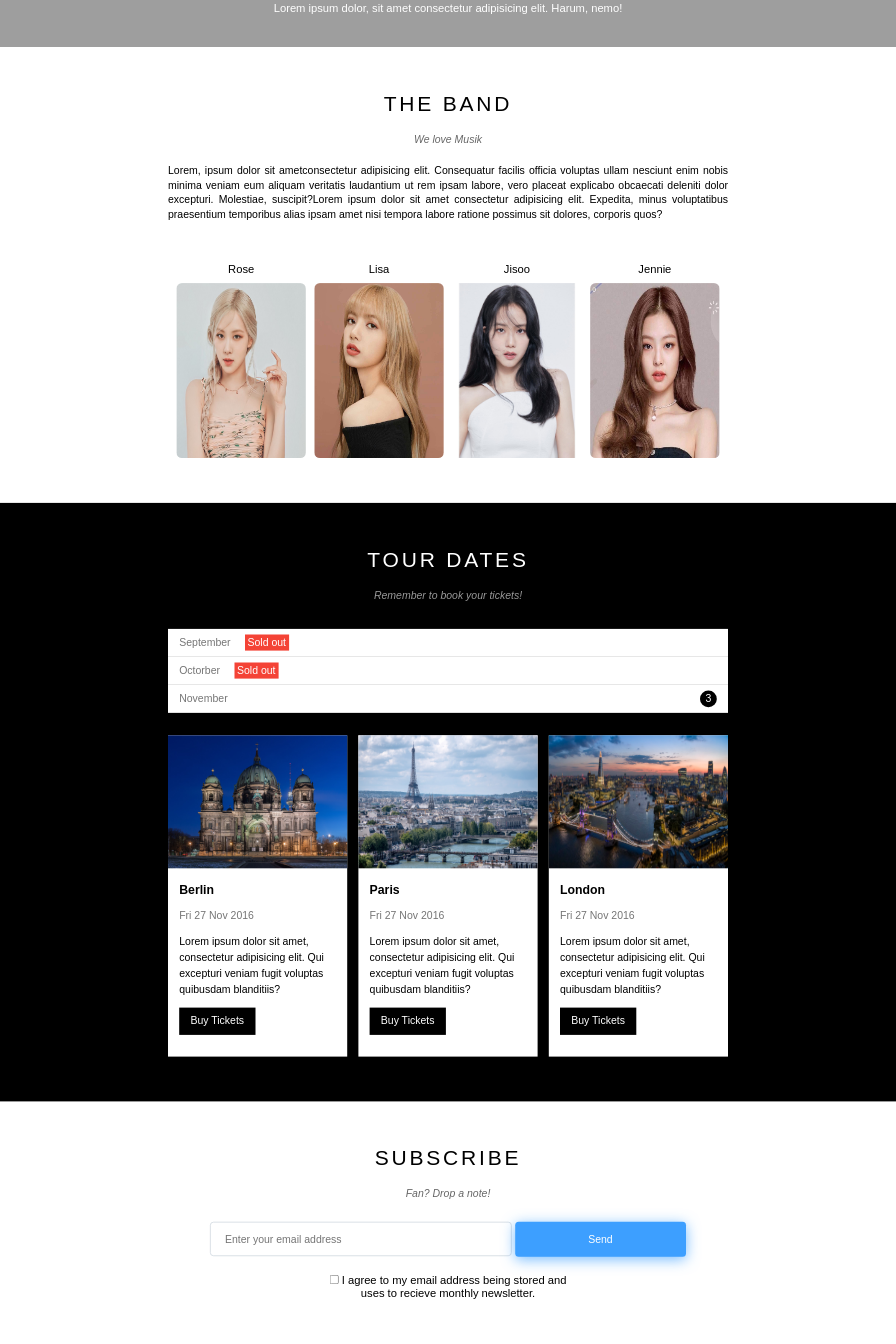
Repository: AiTrinh303/First-Project
Page: /
The author's editor kept a copy of each file at every save. The page is drawn from the files as they stood at one save, then again after the next save.
The browser window is 1280 px wide. The pictures show the part of the page from y = 619 to 2539 px (the page is 2539 px tall), at 70% of full size.
Pictures or frames that could not be fetched are drawn as grey boxes. The project was rebuilt for these pictures with package versions that can differ from the ones it lists, and the page was loaded fresh each time.

Above is the page before, as saved 2024-01-23 10:14:53.

### index.html
<!DOCTYPE html>
<html lang="en">
<head>
    <meta charset="UTF-8">
    <meta name="viewport" content="width=device-width, initial-scale=1.0">
    <title>Singer Website</title>
    <link rel="stylesheet" href="./fonts/themify-icons-font/themify-icons/themify-icons.css">
    <link rel="stylesheet" href="./src/styles/main.css">
</head>
<body>
   <div id="main">

        <div id="header">
            <ul id="nav">
                <li><a href="">Home</a></li>
                <li><a href="">Band</a></li>
                <li><a href="">Tour</a></li>
                <li><a href="">Contact</a></li>
                <li>
                    <a href="#">
                        More
                        <i class="nav-arrown-down ti-angle-down"></i>
                     </a>
                    <ul class="subnav">
                        <li><a href="">Merchandise</a></li>
                        <li><a href="">Extras</a></li>
                        <li><a href="">Media</a></li>
                    </ul>
                </li>
            </ul>

            <div class="search-btn">
                <i class="search-icon ti-search"></i>

            </div>
        </div>

        <div id="slider">

            <div class="text-content">
                <h2 class="text-heading">Black Pink</h2>
                <p class="text-description">Lorem ipsum dolor, sit amet consectetur adipisicing elit. Harum, nemo!</p>
            </div>

        </div>

        <div id="content">
            <!-- About Section -->
            <div class="content-section">
                <h2 class="section-heading">THE BAND</h2>
                <p class="section-sub-heading">We love Musik</p>
                <p class="about-text">Lorem, ipsum dolor sit ametconsectetur adipisicing elit. Consequatur facilis officia voluptas ullam nesciunt enim nobis minima veniam eum aliquam veritatis laudantium ut rem ipsam labore, vero placeat explicabo obcaecati deleniti dolor excepturi. Molestiae, suscipit?Lorem ipsum dolor sit amet consectetur adipisicing elit. Expedita, minus voluptatibus praesentium temporibus alias ipsam amet nisi tempora labore ratione possimus sit dolores, corporis quos?</p>

                <div class="members-list">
                    <div class="member-item">
                        <p class="member-name">Rose</p>
                        <img src="./src/img/rose.png " alt="Rose" class="member-img" >
                    </div>

                    <div class="member-item">
                        <p class="member-name">Lisa</p>
                        <img src="./src/img/Lisa2.jpg" alt="Lisa" class="member-img" >
                    </div>

                    <div class="member-item">
                        <p class="member-name">Jisoo</p>
                        <img src="./src/img/jisoo.jpeg" alt="Jisoo" class="member-img" >
                    </div>

                    <div class="member-item">
                        <p class="member-name">Jennie</p>
                        <img src="./src/img/Jennie.jpg" alt="Jennie" class="member-img" >
                    </div>
                </div>
            </div>

            <!-- Tour Section -->
            <div class="tour-section">

                <div class="content-section">
                    <h2 class="section-heading text-white">TOUR DATES</h2>
                    <p class="section-sub-heading text-white">Remember to book your tickets!</p>

                    <ul class="tickets-list">
                        <li>September <span class="sold-out">Sold out</span></li>
                        <li>Octorber <span class="sold-out">Sold out</span></li>
                        <li>November <span class="quantity">3</span></li>
                    </ul>

                    <div class="places-list">
                        <div class="place-item">
                            <img src="./src/img/Berlin.jpg" alt="Berlin" class="place-img" >
                            <div class="place-body">
                                <h3 class="place-heading">Berlin</h3>
                                <p class="place-time">Fri 27 Nov 2016</p>
                                <p class="place-desc">Lorem ipsum dolor sit amet, consectetur adipisicing elit. Qui excepturi veniam fugit voluptas quibusdam blanditiis?</p>
                                <a href="#" class="place-btn">Buy Tickets</a>
                            </div>
                        </div>

                        <div class="place-item">
                            <img src="./src/img/Paris.jpg" alt="Paris" class="place-img" >
                            <div class="place-body">
                                <h3 class="place-heading">Paris</h3>
                                <p class="place-time">Fri 27 Nov 2016</p>
                                <p class="place-desc">Lorem ipsum dolor sit amet, consectetur adipisicing elit. Qui excepturi veniam fugit voluptas quibusdam blanditiis?</p>
                                <a href="#" class="place-btn">Buy Tickets</a>
                            </div>
                        </div>

                        <div class="place-item">
                            <img src="./src/img/London.jpeg" alt="London" class="place-img">
                            <div class="place-body">
                                <h3 class="place-heading">London</h3>
                                <p class="place-time">Fri 27 Nov 2016</p>
                                <p class="place-desc">Lorem ipsum dolor sit amet, consectetur adipisicing elit. Qui excepturi veniam fugit voluptas quibusdam blanditiis?</p>
                                <a href="#" class="place-btn">Buy Tickets</a>
                            </div>
                        </div>
                    </div>
                </div>

            </div>

            <!-- Contact Section -->
            <!-- Contact -->
            <div id="contact">
                <div class="content-section">
                    <h2 class="section-heading">SUBSCRIBE</h2>
                    <p class="section-sub-heading">Fan? Drop a note!</p>
                    <div class="form-wrap">

                        <div class="form">
                            <input type="email" class="form__email" placeholder="Enter your email address" />
                            <button class="form__button">Send</button>
                        </div>
                        <div class="notice">
                            <input type="checkbox">
                            <span class="notice__copy">I agree to my email address being stored and uses to recieve monthly newsletter.</span>
                        </div>

                    </div>
                </div>
            </div>






        <div id="footer">

        </div>

   </div>
</body>
</html>

### src/styles/main.css
* {
  padding: 0;
  margin: 0;
  box-sizing: border-box;
}

html {
  scroll-behavior: smooth;
  font-family: Arial, Helvetica, sans-serif;
}

.text-white {
  color: white;
}

#header {
  height: 46px;
  background-color: #000;
  position: fixed;
  top: 0;
  left: 0;
  right: 0;
  z-index: 1;
}

#nav {
  display: inline-block;
}

#nav, .subnav {
  list-style: none;
}

#nav > li {
  display: inline-block;
}

#nav li {
  position: relative;
}

#nav > li > a {
  color: #fff;
  text-transform: uppercase;
}

#nav li a {
  color: #fff;
  text-decoration: none;
  line-height: 46px;
  padding: 0 24px;
  display: block;
}

#nav li:hover .subnav {
  display: block;
}

#nav > li:hover > a,
#nav .subnav li:hover a {
  color: #000;
  background-color: #ccc;
}

#nav .subnav {
  display: none;
  min-width: 160px;
  position: absolute;
  background-color: #fff;
  box-shadow: 0 0 10px rgba(0, 0, 0, 0.3);
  top: 100%;
  left: 0;
}

#nav .nav-arrown-down {
  font-size: 14px;
}

#nav .subnav a {
  color: #000;
  padding: 0 12px;
  line-height: 38px;
}

#header .search-btn {
  float: right;
  padding: 0 21px;
}

#header .search-btn:hover {
  background-color: #f44336;
  cursor: pointer;
}

#header .search-icon {
  color: #fff;
  font-size: 20px;
  line-height: 46px;
}

#slider {
  position: relative;
  margin-top: 46px;
  padding-top: 50%;
  background: url("../img/slider-1.jpg") center/100% no-repeat;
}

#slider .text-content {
  position: absolute;
  bottom: 47px;
  color: #fff;
  width: 100%;
  text-align: center;
}

#slider .text-heading {
  font-weight: 500;
  font-size: 24px;
}

#slider .text-decoration {
  font-size: 15px;
  margin-top: 25px;
}

#content .content-section {
  width: 800px;
  padding: 64px 0;
  margin-left: auto;
  margin-right: auto;
}

#content .section-heading {
  font-size: 30px;
  font-weight: 500;
  letter-spacing: 4px;
  text-align: center;
}

#content .section-sub-heading {
  font-size: 15px;
  margin-top: 25px;
  text-align: center;
  font-style: italic;
  opacity: 0.6;
}

#content .about-text {
  margin-top: 25px;
  font-size: 15px;
  text-align: justify;
  line-height: 1.4;
}

#content .member-item {
  display: flex;
  flex-direction: column;
  align-items: center;
}

#content .member-name {
  line-height: 2.5;
}

#content .members-list {
  margin-top: 48px;
  display: flex;
  justify-content: space-evenly;
}

#content .member-img {
  width: 185px;
  min-height: 250px;
  border-radius: 8px;
}

.tour-section {
  background: #000;
}

.tickets-list {
  background-color: #fff;
  margin-top: 40px;
}

.tickets-list li {
  font-size: 15px;
  color: #757575;
  padding: 11px 16px;
  border-bottom: 1px solid #ddd;
  list-style-type: none;
}

.tickets-list .sold-out {
  background-color: #f44336;
  color: #fff;
  padding: 3px 4px;
  margin-left: 16px;
}

.tickets-list .quantity {
  float: right;
  width: 24px;
  height: 24px;
  background-color: #000;
  color: #fff;
  border-radius: 50%;
  text-align: center;
  line-height: 24px;
  margin-top: -3px;
}

.places-list {
  display: flex;
  gap: 16px;
  justify-content: space-between;
  margin-top: 32px;
}

.places-list .place-item {
  background-color: #fff;
}

.places-list .place-img {
  width: 100%;
  height: 190px;
}

.places-list .place-img:hover {
  opacity: 0.6;
  cursor: pointer;
}

.places-list .place-body {
  padding: 15px 16px;
  min-height: 205px;
  font-size: 15px;
  line-height: 22.5px;
}

.place-body .place-heading {
  font-weight: 700;
}

.place-body .place-time {
  margin: 15px 0;
  color: #757575;
}

.place-body .place-btn {
  align-items: flex-start;
  background-color: #000;
  display: inline-block;
  font-size: 15px;
  line-height: 22.5px;
  margin: 15px 0px 16px 0px;
  padding: 8px 16px;
  text-align: center;
  color: #fff;
  text-decoration: none;
}

.place-body .place-btn:hover {
  color: #000;
  background-color: #ccc;
}


/* contact form */

.form-wrap{

  margin-top: 32px;
  text-align: center;
  display: flex;
  flex-direction: column;
  align-items: center;

}
.form {
margin-bottom: 25px;
}

.form__email {
padding: 15px 20px;
border-radius: 5px;
border: 1px solid #CAD3DB;
width: 431px;
font-size: 15px;
color: #0F121F;
}

.form__email:focus {
outline: 1px solid #3D9FFF;
}

.form__button {
background: #3D9FFF;
padding: 5px;
border: none;
width: 244px;
height: 50px;
border-radius: 5px;
font-size: 15px;
color: white;
box-shadow: 0 4px 20px rgba(61, 159, 255, 0.7);
}

.form__button:hover {
box-shadow: 0 10px 20px rgba(61, 159, 255, 0.7);
}

.notice {
width: 345px;
}



#footer{

}

Loaded but not shown: fonts/themify-icons-font/themify-icons/themify-icons.css (common file)

After the next save:
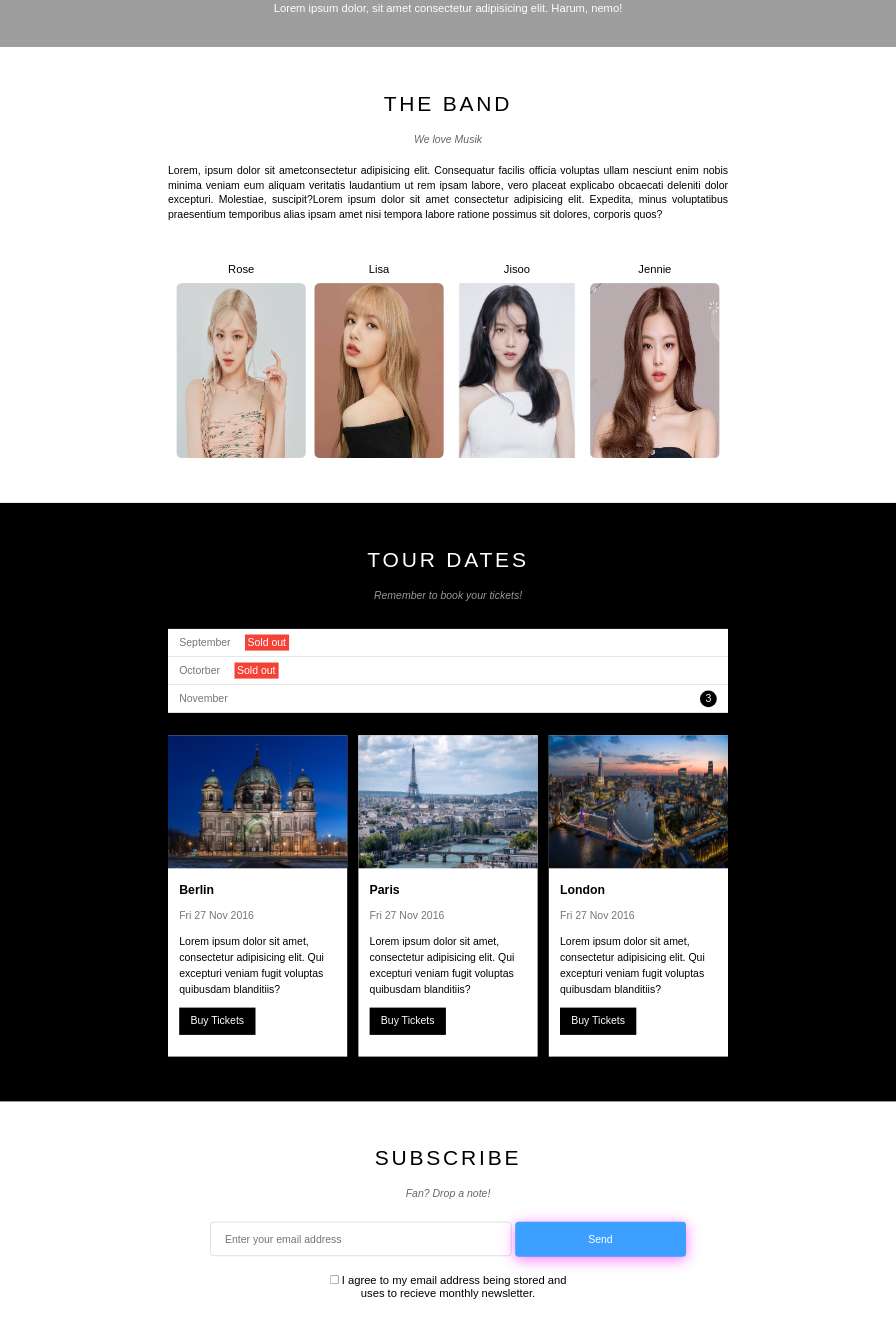
Saved 25 s later.
--- a/src/styles/main.css
+++ b/src/styles/main.css
@@ -303,7 +303,7 @@ height: 50px;
 border-radius: 5px;
 font-size: 15px;
 color: white;
-box-shadow: 0 4px 20px rgba(61, 159, 255, 0.7);
+box-shadow: 0 4px 20px rgba(249, 61, 255, 0.7);
 }
 
 .form__button:hover {
